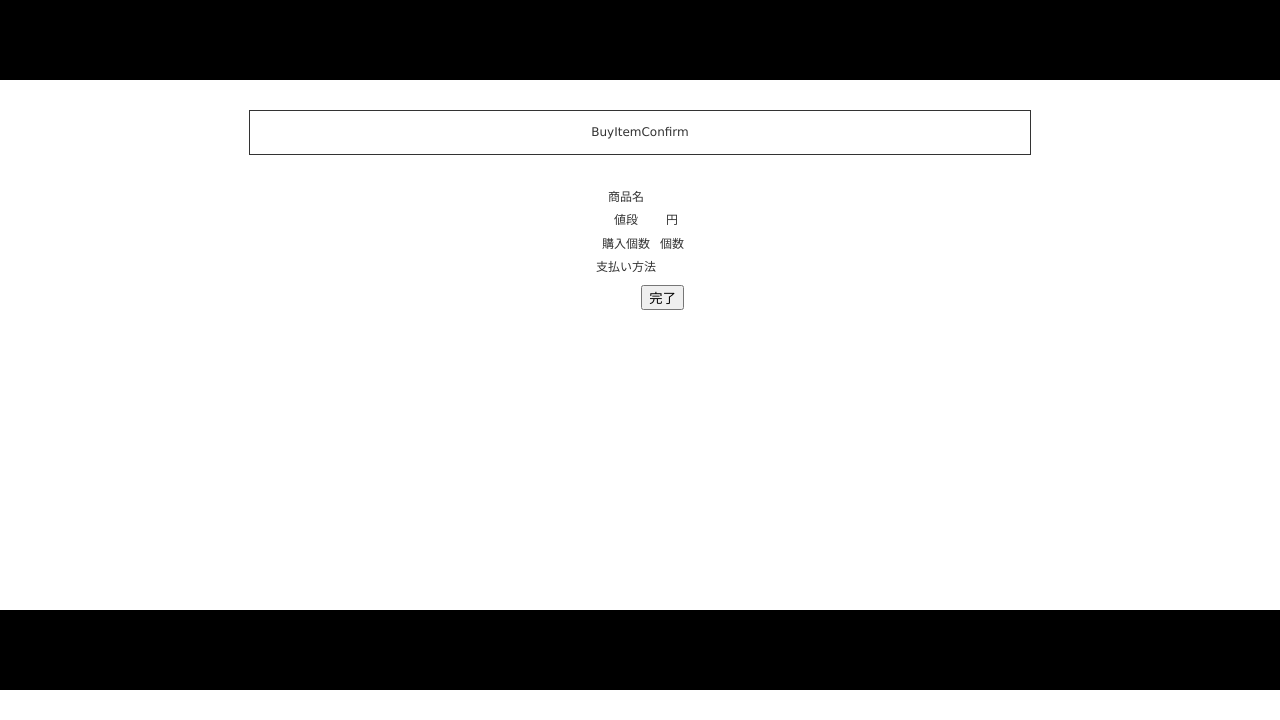
Repository: ichiharashu/test2
Page: http://localhost/template/buyItemConfirm.jsp
The author's editor kept a copy of each file at every save. The page is drawn from the files as they stood at one save, then again after the next save.
The browser window is 1280 px wide. The pictures show the whole page.
The page is served by Tomcat 9.

Above is the page before, as saved 2018-12-19 11:23:49.

After the next save:
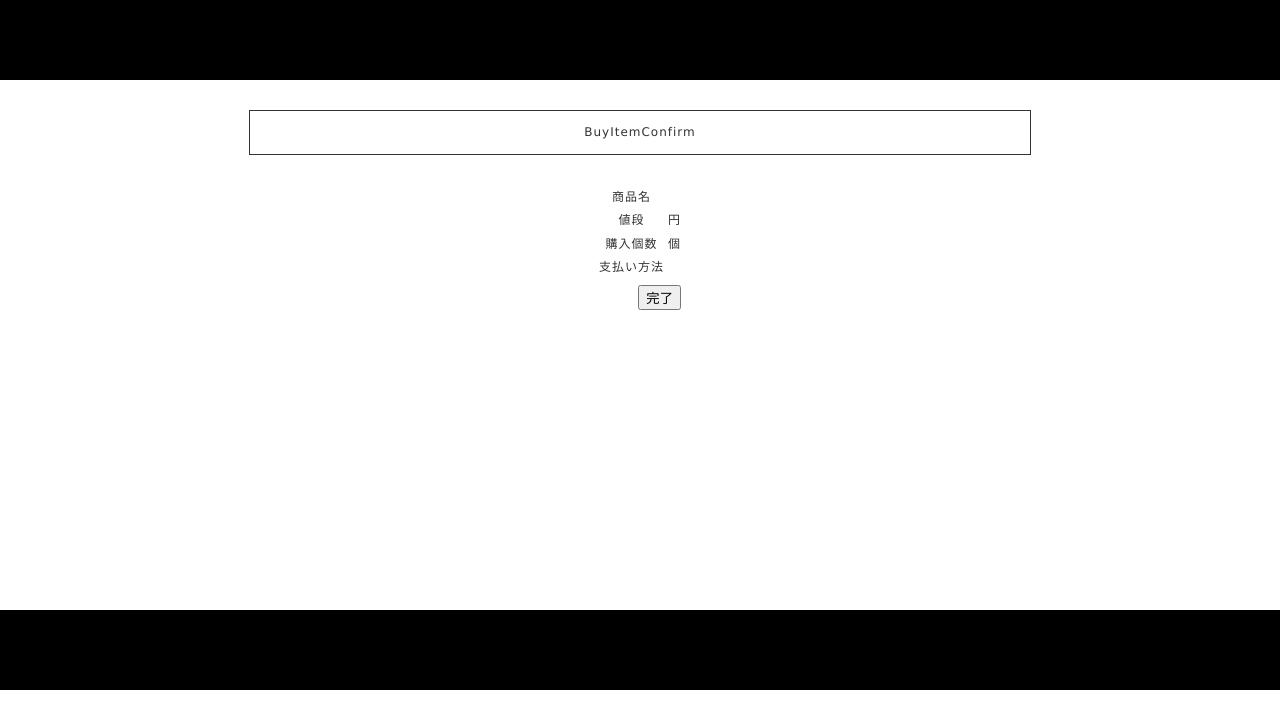
Saved 3 min 1 s later.
--- a/template/WebContent/buyItemConfirm.jsp
+++ b/template/WebContent/buyItemConfirm.jsp
@@ -18,7 +18,7 @@ body{
 margin:0;
 padding:0;
 line-height:1.6;
-letter-spaceing:1px;
+letter-spacing:1px;
 font-family:Verdana,Helvetica,sans-serif;
 font-size:12px;
 color:#333;
@@ -71,7 +71,7 @@ clear:both;
 </div>
 
 <div>
-<s:form action="NuyItemConfirmAction">
+<s:form action="BuyItemConfirmAction">
 <table>
 <tr>
 <td>商品名</td>
@@ -88,7 +88,7 @@ clear:both;
 <tr>
 <td>購入個数</td>
 <td><s:property value="session.stock"/>
-<span>個数</span>
+<span>個</span>
 </td>
 </tr>
 
